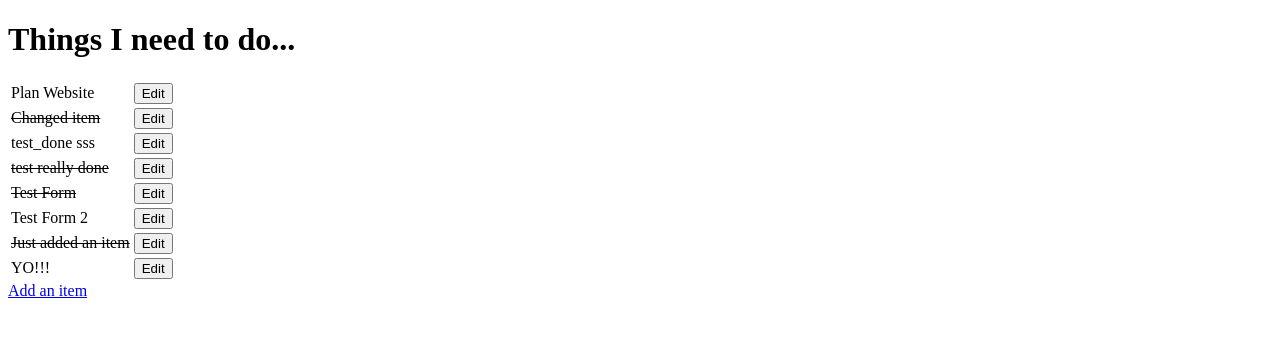
Repository: Vesss/django_testing
Page: http://localhost/
The author's editor kept a record of every edit. The page is drawn from the files as they stood at one moment, then again after the next edit.
The browser window is 1280 px wide. The pictures show the whole page.
The page is served by the project's application, run on Django 2.2 (manage.py). The page reads the database file committed with the project.

Above is the page before.

After the next edit:
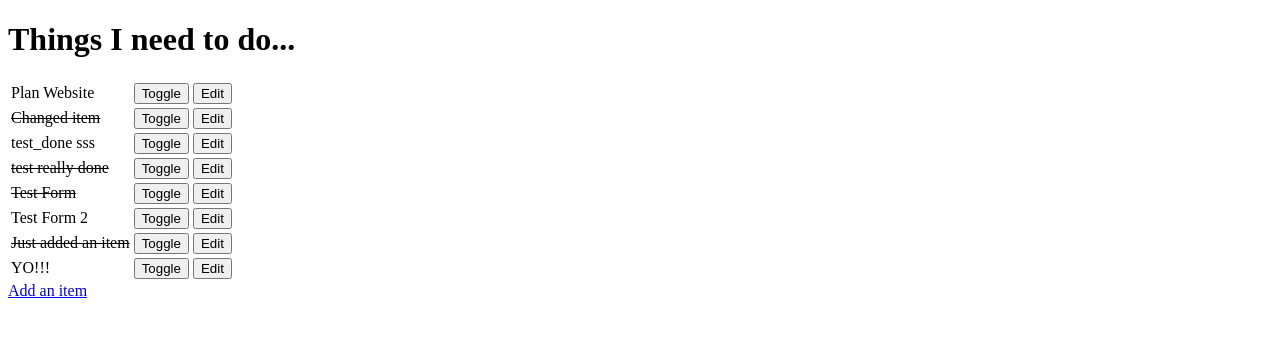
The edit:
--- a/todo/templates/todo_list.html
+++ b/todo/templates/todo_list.html
@@ -19,6 +19,10 @@
             {% endif %}
 
             <td>
+                <form method="POST" action="toggle/{{ item.id }}">{% csrf_token %}<input type="submit" value="Toggle" /></form>
+            </td>
+
+            <td>
                 <form method="GET" action="edit/{{ item.id }}"><input type="submit" value="Edit" /></form>
             </td>
 
